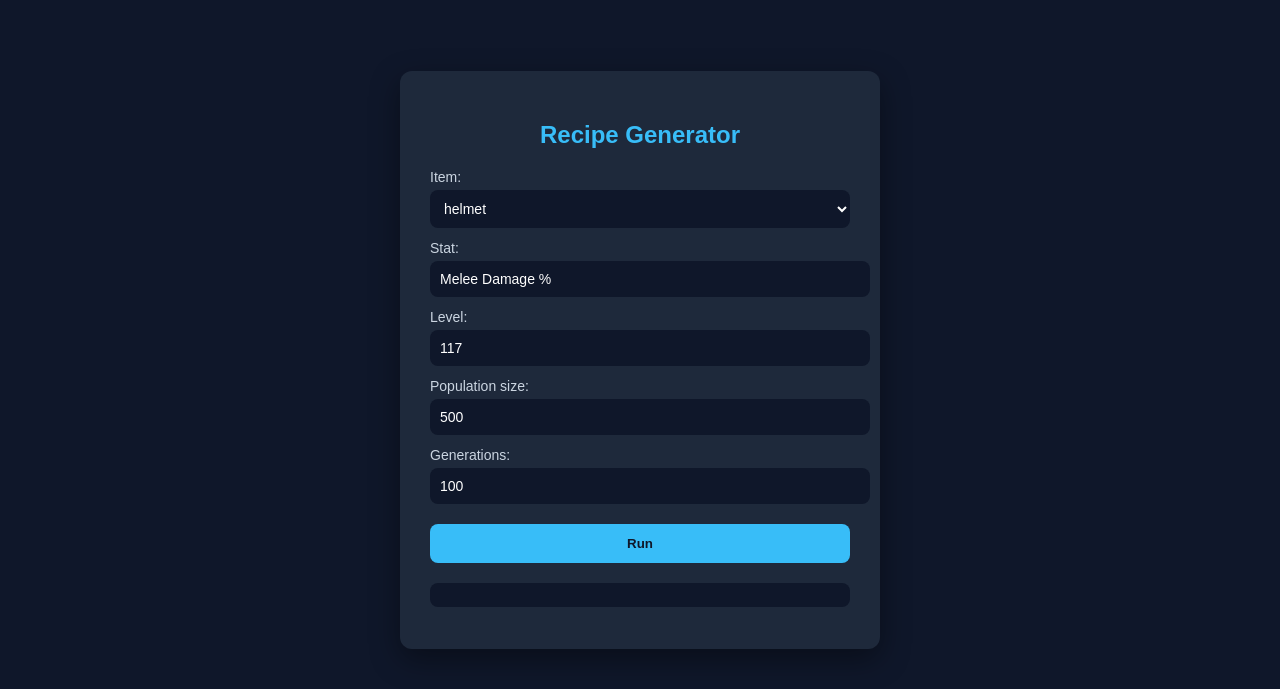
Repository: Dispasim/wynncraft_recipe_generator
Page: frontend.html
An editor plug-in stored every save of this project. The page is shown before and after the next save, followed by the edit.
The browser window is 1280 px wide. The pictures show the whole page.

Above is the page before, as saved 2026-05-04 02:53:42.

After the next save:
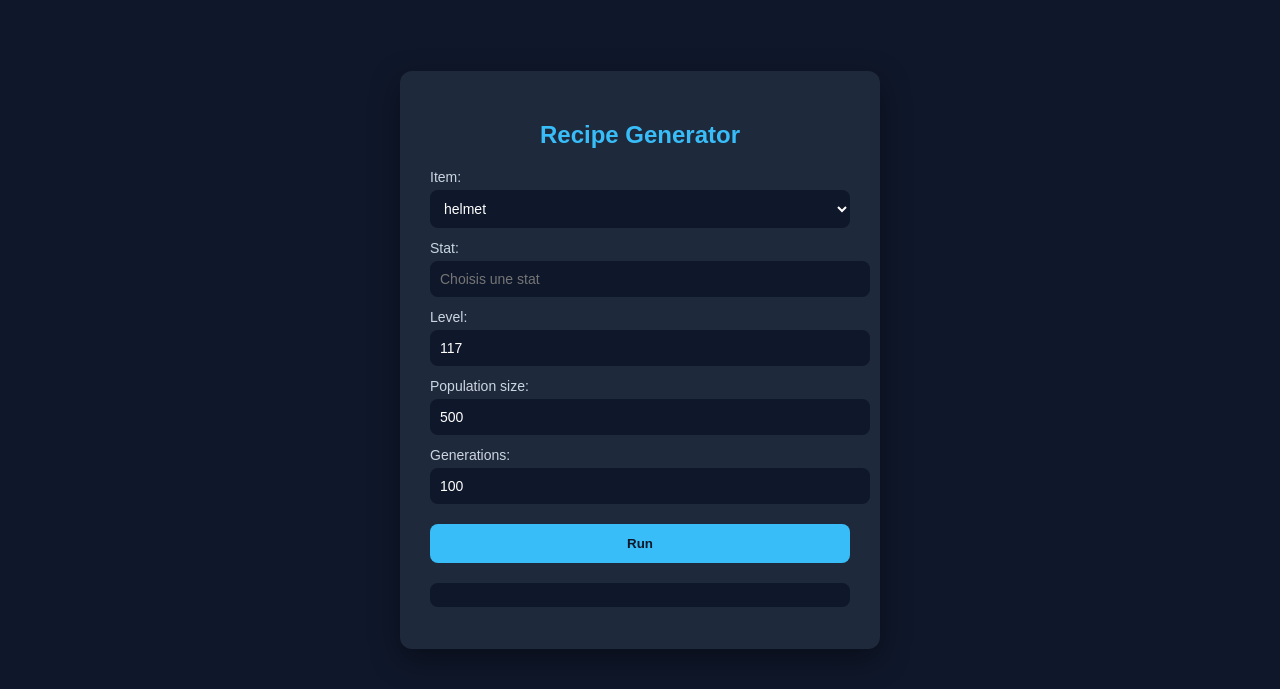
Saved 2 min 19 s later.
--- a/frontend.html
+++ b/frontend.html
@@ -108,7 +108,9 @@
 </select>
 
 <label>Stat:</label>
-<input id="stat" value="Melee Damage %">
+<input id="stat" list="stats" placeholder="Choisis une stat">
+
+<datalist id="stats"></datalist>
 
 <label>Level:</label>
 <input id="level" type="number" value="117">
@@ -126,6 +128,94 @@
 </div>
 
 <script>
+const statsJson = {
+    "Durability": "durability",
+    "Duration": "duration",
+    "Charges": "charges",
+    "Effectiveness Left": "left",
+    "Effectiveness Right": "right",
+    "Effectiveness Above": "above",
+    "Effectiveness Under": "under",
+    "Effectiveness Touching": "touching",
+    "Effectiveness Not Touching": "nottouching",
+    "Combat Level": "lvl",
+    "Req Strength": "strReq",
+    "Req Dexterity": "dexReq",
+    "Req Intelligence": "intReq",
+    "Req Agility": "agiReq",
+    "Req Defense": "defReq",
+    "% Health Regen": "hprPct",
+    "Mana Regen": "mr",
+    "Life Steal": "ls",
+    "Mana Steal": "ms",
+    "XP Bonus": "xpb",
+    "Loot Bonus": "lb",
+    "Reflection": "ref",
+    "Strength": "str",
+    "Dexterity": "dex",
+    "Intelligence": "int",
+    "Agility": "agi",
+    "Defense": "def",
+    "Thorns": "thorns",
+    "Exploding": "expd",
+    "Walk Speed": "spd",
+    "Attack Speed Bonus": "atkTier",
+    "Poison": "poison",
+    "Health Bonus": "hpBonus",
+    "Soul Point Regen": "spRegen",
+    "Stealing": "eSteal",
+    "Raw Health Regen": "hprRaw",
+    "Spell Damage Raw": "sdRaw",
+    "Elem. Spell Damage Raw": "rSdRaw",
+    "Neut. Spell Damage Raw": "nSdRaw",
+    "Earth Spell Damage Raw": "eSdRaw",
+    "Thunder Spell Damage Raw": "tSdRaw",
+    "Water Spell Damage Raw": "wSdRaw",
+    "Fire Spell Damage Raw": "fSdRaw",
+    "Air Spell Damage Raw": "aSdRaw",
+    "Spell Damage %": "sdPct",
+    "Elem. Spell Damage %": "rSdPct",
+    "Neut. Spell Damage %": "nSdPct",
+    "Earth Spell Damage %": "eSdPct",
+    "Thunder Spell Damage %": "tSdPct",
+    "Water Spell Damage %": "wSdPct",
+    "Fire Spell Damage %": "fSdPct",
+    "Air Spell Damage %": "aSdPct",
+    "Melee Damage Raw": "mdRaw",
+    "Elem. Melee Damage Raw": "rMdRaw",
+    "Neut. Melee Damage Raw": "nMdRaw",
+    "Earth Melee Damage Raw": "eMdRaw",
+    "Thunder Melee Damage Raw": "tMdRaw",
+    "Water Melee Damage Raw": "wMdRaw",
+    "Fire Melee Damage Raw": "fMdRaw",
+    "Air Melee Damage Raw": "aMdRaw",
+    "Melee Damage %": "mdPct",
+    "Elem. Melee Damage %": "rMdPct",
+    "Neut. Melee Damage %": "nMdPct",
+    "Earth Melee Damage %": "eMdPct",
+    "Thunder Melee Damage %": "tMdPct",
+    "Water Melee Damage %": "wMdPct",
+    "Fire Melee Damage %": "fMdPct",
+    "Air Melee Damage %": "aMdPct",
+    "Damage Raw": "damRaw",
+    "Elemental Damage Raw": "rDamRaw",
+    "Neutral Damage Raw": "nDamRaw",
+    "Earth Damage Raw": "eDamRaw",
+    "Thunder Damage Raw": "tDamRaw",
+    "Water Damage Raw": "wDamRaw",
+    "Fire Damage Raw": "fDamRaw",
+    "Air Damage Raw": "aDamRaw",
+    "Damage %": "damPct",
+    "Elemental Damage %": "rDamPct",
+    "Neutral Damage %": "nDamPct",
+    "Earth Damage %": "eDamPct",
+    "Thunder Damage %": "tDamPct",
+    "Water Damage %": "wDamPct",
+    "Fire Damage %": "fDamPct",
+    "Air Damage %": "aDamPct",
+    "Critical Damage Bonus %": "critDamPct"
+};
+
 async function runAlgo() {
     const body = {
         item: document.getElementById("item").value,
